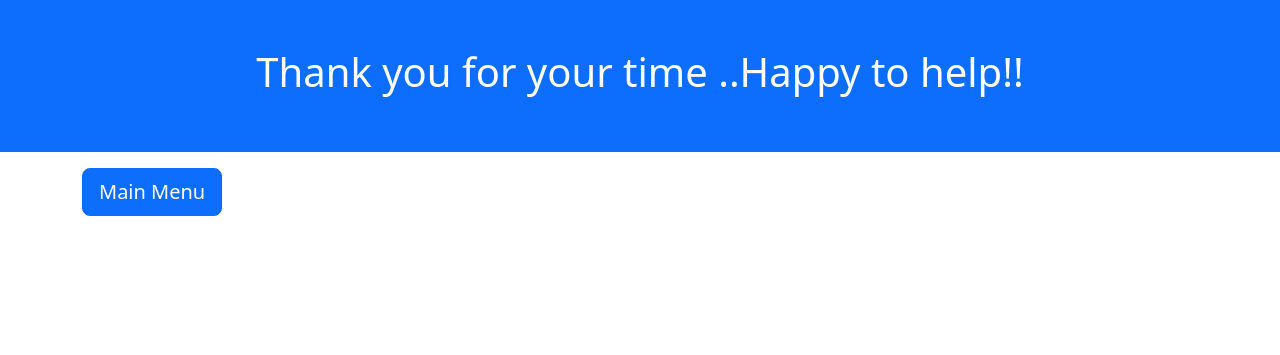
Repository: Rishicollinz/Java_Fullstack
Page: Eclipse 2/jspproject/src/main/webapp/exit.html
An editor plug-in stored every save of this project. The page is shown before and after the next save, followed by the edit.
The browser window is 1280 px wide. The pictures show the whole page.

Above is the page before, as saved 2023-05-19 04:50:35.

### Eclipse 2/jspproject/src/main/webapp/exit.html
<!DOCTYPE html>
<html>
<head>
<meta charset="UTF-8">
<title>End Page</title>
<meta charset="utf-8">
  <meta name="viewport" content="width=device-width, initial-scale=1">
  <link href="https://cdn.jsdelivr.net/npm/bootstrap@5.2.3/dist/css/bootstrap.min.css" rel="stylesheet">
  <script src="https://cdn.jsdelivr.net/npm/bootstrap@5.2.3/dist/js/bootstrap.bundle.min.js"></script>

</head>
<body>

<div class="container-fluid p-5 bg-primary text-white text-center">
  <h1>Thank you for your time ..Happy to help!!</h1>
</div>

<div class="container mt-3">

  <a type="button" href="index.html" class="btn btn-primary btn-lg">Main Menu</a>
</div>
</body>
</html>

After the next save:
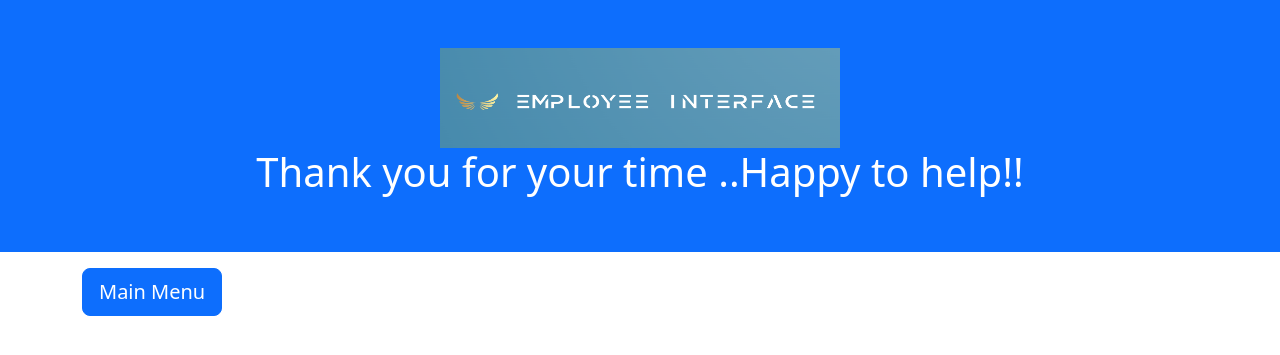
Saved 49 s later.
--- a/Eclipse 2/jspproject/src/main/webapp/exit.html
+++ b/Eclipse 2/jspproject/src/main/webapp/exit.html
@@ -12,6 +12,7 @@
 <body>
 
 <div class="container-fluid p-5 bg-primary text-white text-center">
+<a href="index.html"><img src="img/employeelogo.png" alt="Company logo" width="400" height="100"></a>
   <h1>Thank you for your time ..Happy to help!!</h1>
 </div>
 
